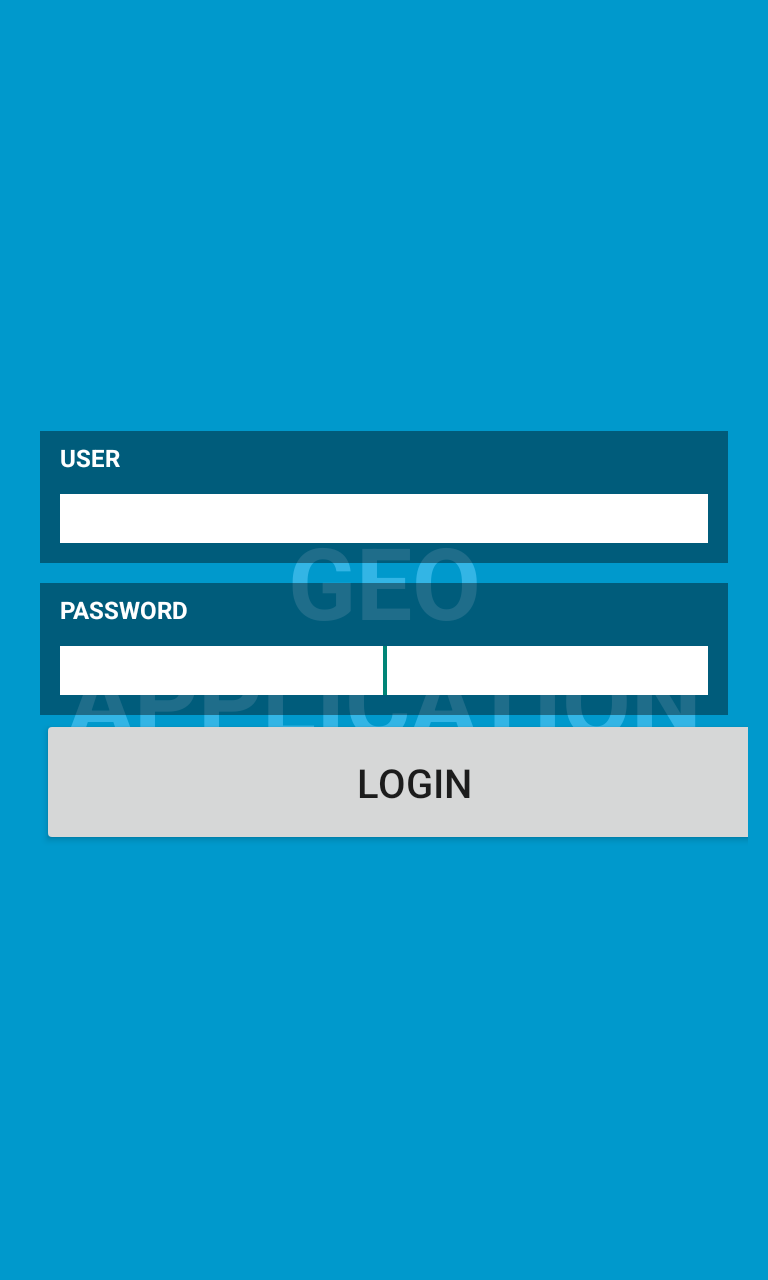
Repository: sebastianR1001/GeoApplication
Layout: GeoApplication/res/layout/login_fullscreen.xml
An editor plug-in stored every save of this project. The layout is shown before and after the next save, followed by the edit.
It is drawn on a 768 x 1280 px phone screen (xhdpi) without system bars, with theme AppTheme; the app's code is not run.

Above is the layout before, as saved 2014-10-25 18:59:33.

### GeoApplication/res/layout/login_fullscreen.xml
<FrameLayout xmlns:android="http://schemas.android.com/apk/res/android"
    xmlns:tools="http://schemas.android.com/tools"
    android:layout_width="match_parent"
    android:layout_height="match_parent"
    android:background="#0099cc"
    tools:context="geo.geoapplication.FullscreenActivity" >

   <TextView
        android:layout_width="match_parent"
        android:layout_height="match_parent"
        android:gravity="center"
        android:keepScreenOn="true"
        android:text="@string/geo_application"
        android:textColor="#33b5e5"
        android:textSize="50sp"
        android:textStyle="bold" />


   <TableLayout
        android:layout_width="wrap_content"
        android:layout_height="wrap_content"
        android:layout_gravity="center"
        android:orientation="vertical"
        android:layout_marginLeft="10dp"
        android:layout_marginRight="10dp"  >

        <TableRow
            android:id="@+id/tableRow1"
            android:layout_width="wrap_content"
            android:layout_height="wrap_content"
            >
            <LinearLayout
		        android:id="@+id/userLayout"
		        style="?metaButtonBarStyle"
		        android:layout_width="wrap_content"
		        android:layout_height="wrap_content"
		        android:layout_weight="5"
		        android:layout_marginLeft="10dp"
		        android:layout_marginRight="10dp"
		        android:background="@color/black_overlay"
		        android:orientation="vertical"
		        tools:ignore="UselessParent" >

			    <TextView
			        android:layout_width="match_parent"
			        android:layout_height="match_parent"
			        android:layout_marginTop="5dp"
			        android:layout_marginLeft="10dp"
			        android:text="@string/userText"
			        android:id="@+id/userText"
			        android:textColor="#ffffff"
			        android:textSize="12sp"
			        android:textStyle="bold" />

			    <EditText
			       android:id="@+id/userValue"
			       android:layout_width="match_parent"
			       android:layout_height="wrap_content"
			       android:gravity="center"
			       android:background="@color/white_overlay"
			       android:layout_marginRight="10dp"
		           android:layout_marginLeft="10dp"
			       android:layout_marginTop="10dp"
			       android:layout_marginBottom="10dp"
			       android:ems="20" >

       				<requestFocus />
   				</EditText>
	        </LinearLayout>
        </TableRow>

        <TableRow
            android:id="@+id/tableRow2"
            android:layout_width="wrap_content"
            android:layout_height="wrap_content"
            android:layout_marginTop="10dp"
            >
            <LinearLayout
		        android:id="@+id/passwordLayout"
		        style="?metaButtonBarStyle"
		        android:layout_width="wrap_content"
		        android:layout_height="wrap_content"
		        android:layout_weight="5"
		        android:layout_marginLeft="10dp"
		        android:layout_marginRight="10dp"
		        android:background="@color/black_overlay"
		        android:orientation="vertical"
		        tools:ignore="UselessParent" >

			    <TextView
			        android:layout_width="match_parent"
			        android:layout_height="match_parent"
			        android:layout_marginTop="5dp"
			        android:layout_marginLeft="10dp"
			        android:text="@string/passwordText"
			        android:id="@+id/passwordText"
			        android:textColor="#ffffff"
			        android:textSize="12sp"
			        android:textStyle="bold" />

			    <EditText
			       android:id="@+id/passwordValue"
			       android:layout_width="match_parent"
			       android:layout_height="wrap_content"
			       android:gravity="center"
			       android:background="@color/white_overlay"
			       android:layout_marginRight="10dp"
		           android:layout_marginLeft="10dp"
			       android:layout_marginTop="10dp"
			       android:layout_marginBottom="10dp"
			       android:ems="20" >

       				<requestFocus />
   				</EditText>
	        </LinearLayout>
        </TableRow>

        <TableRow
            android:id="@+id/tableRow10"
            android:layout_width="wrap_content"
            android:layout_height="wrap_content"
            >

            <Button
		        android:id="@+id/loginButton"
		        android:layout_width="135dp"
		        android:layout_height="67dp"
		        android:layout_marginLeft="10dp"
		        android:textSize="20sp"
		        android:text="@string/loginButton" />

		     <Button
		        android:id="@+id/newAccountButton"
		        android:layout_width="135dp"
		        android:layout_height="67dp"
		        android:layout_marginRight="10dp"
		        android:layout_marginLeft="10dp"
		        android:textSize="16sp"
		        android:text="@string/newAccountButton" />

        </TableRow>
    </TableLayout>
    <!--
         This FrameLayout insets its children based on system windows using
         android:fitsSystemWindows.
    -->

</FrameLayout>

### GeoApplication/res/values/strings.xml
<?xml version="1.0" encoding="utf-8"?>
<resources>

    <string name="app_name">GeoApplication</string>
    <string name="dummy_button">Dummy Button</string>
    <string name="dummy_content">DUMMY\nCONTENT</string>
    <string name="geo_application">GEO\nAPPLICATION</string>

    <string name="location">Location: ---</string>

    <string name="speedText">Speed</string>
    <string name="speed">0</string>
    <string name="speedUnit">km/h</string>

    <string name="time">00:00:00</string>
    <string name="timeText">Time</string>

    <string name="accuracy">Accuracy:</string>

    <string name="distance">0</string>
    <string name="distanceUnit">m</string>
    <string name="distanceText">Distance</string>

    <string name="altitude">0</string>
    <string name="altitudeUnit">AMSL</string>
    <string name="altitudeText">Altitude</string>

    <string name="last_fix">Last fix:</string>

    <string name="userText">USER</string>
    <string name="passwordText">PASSWORD</string>

    <string name="startButton">START</string>
    <string name="stopButton">STOP</string>
    <string name="resetButton">RESET</string>
    <string name="loginButton">LOGIN</string>
    <string name="newAccountButton">REGISTRATION</string>

    <string name="advancedText">ADVANCED</string>

</resources>

Loaded but not shown: GeoApplication/res/values/styles.xml (common file); GeoApplication/res/values-v11/styles.xml (common file); GeoApplication/res/values-v14/styles.xml (common file); GeoApplication/res/values/colors.xml (common file)

After the next save:
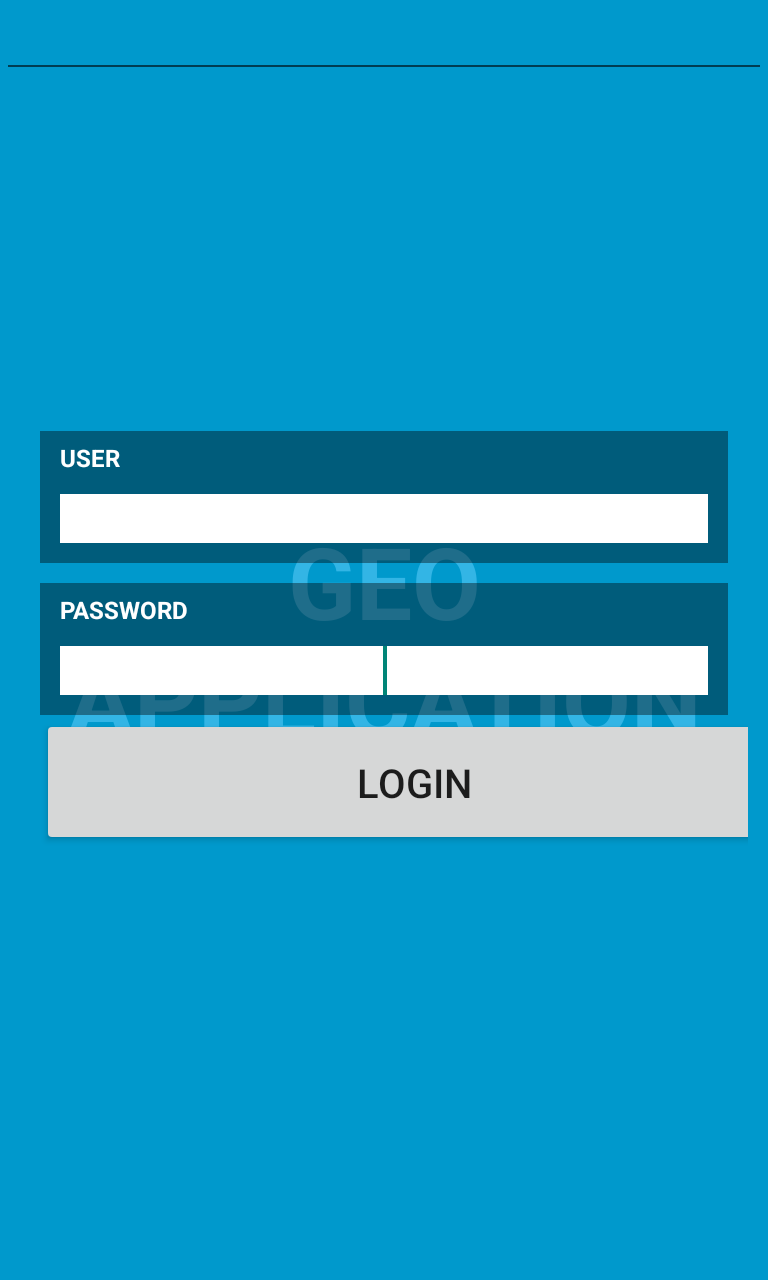
Saved 11 s later.
--- a/GeoApplication/res/layout/login_fullscreen.xml
+++ b/GeoApplication/res/layout/login_fullscreen.xml
@@ -145,4 +145,11 @@
          android:fitsSystemWindows.
     -->
 
+   <EditText
+       android:id="@+id/editText1"
+       android:layout_width="match_parent"
+       android:layout_height="wrap_content"
+       android:ems="10"
+       android:inputType="textEmailAddress" />
+
 </FrameLayout>

After the save that followed:
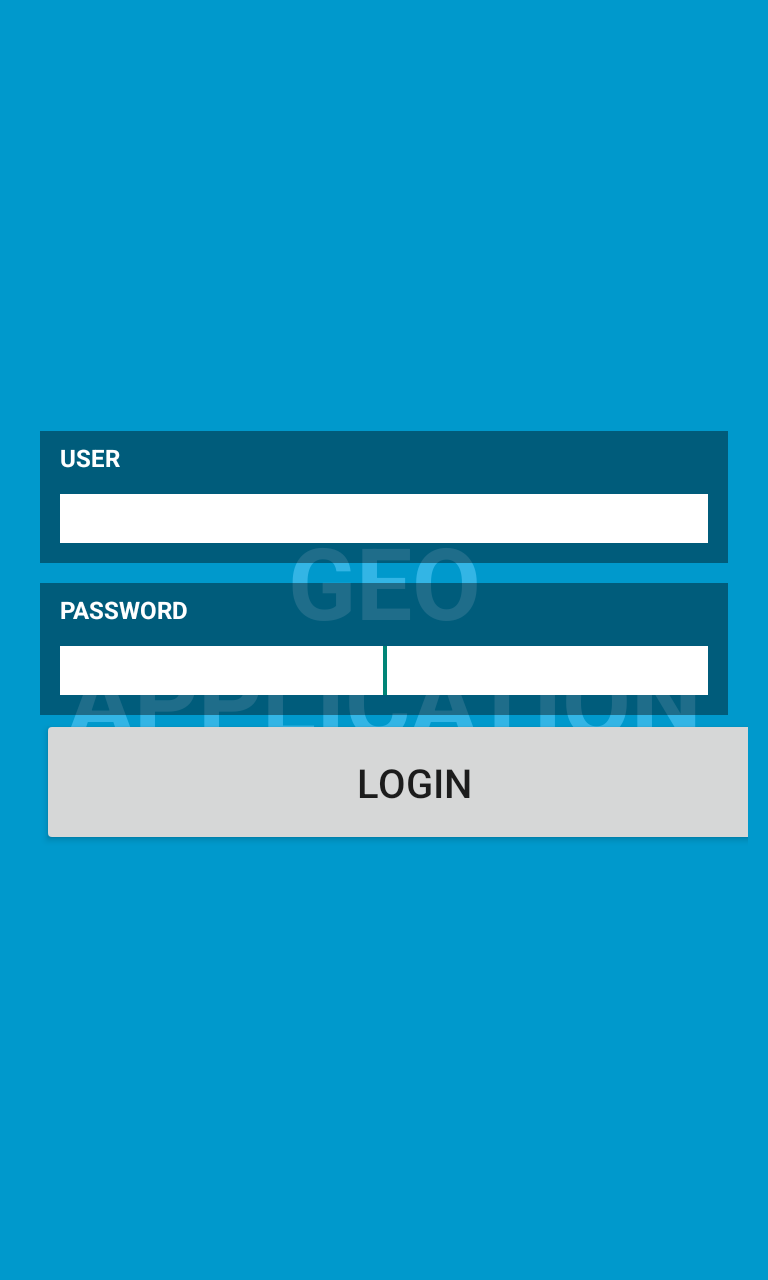
Saved 11 s later.
--- a/GeoApplication/res/layout/login_fullscreen.xml
+++ b/GeoApplication/res/layout/login_fullscreen.xml
@@ -145,11 +145,4 @@
          android:fitsSystemWindows.
     -->
 
-   <EditText
-       android:id="@+id/editText1"
-       android:layout_width="match_parent"
-       android:layout_height="wrap_content"
-       android:ems="10"
-       android:inputType="textEmailAddress" />
-
 </FrameLayout>
